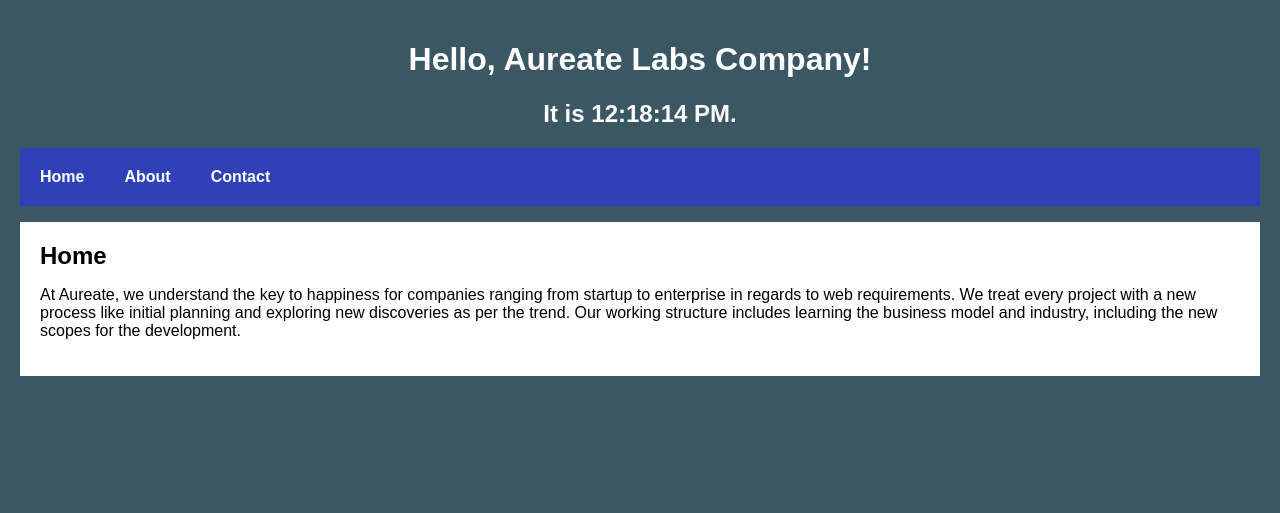
Repository: hardikaureate/React-Pages-Menu
Page: /
The author's editor kept a copy of each file at every save. The page is drawn from the files as they stood at one save, then again after a run of saves.
The browser window is 1280 px wide. The pictures show the whole page.
The project was rebuilt for these pictures with package versions that can differ from the ones it lists, and the page was loaded fresh each time. Also part of the build but not shown: src/About.js, src/Contact.js.

Above is the page before, as saved 2020-10-09 15:18:54.

After the next 2 saves:
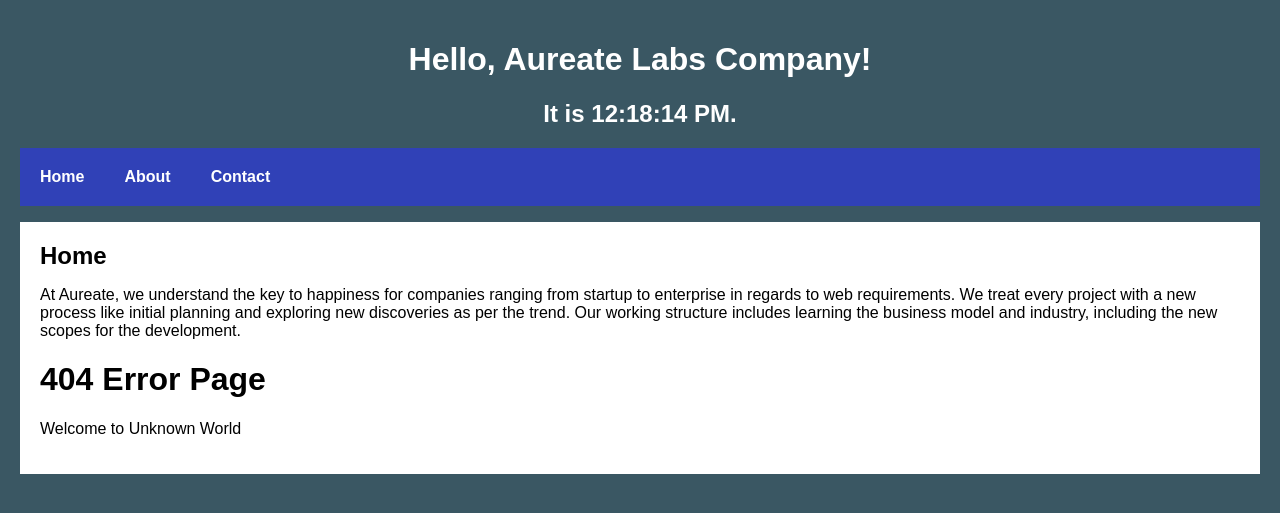
The 2 saves are shown as one change because 1 did not build or start.
The last was saved 17 days later.
--- a/src/Main.js
+++ b/src/Main.js
@@ -3,6 +3,7 @@
 import Home from './Home';
 import About from './About';
 import Contact from './Contact';
+import Errorpage from './Errorpage'
 
 
 class Main extends Component {
@@ -20,6 +21,7 @@
                                         <Route exact path="/" component={Home} />
                                         <Route path="/about" component={About} />
                                         <Route path="/contact" component={Contact} />
+                                        <Route component={Errorpage} />
                                 </div>
                         </React.Fragment>
                         </HashRouter>
